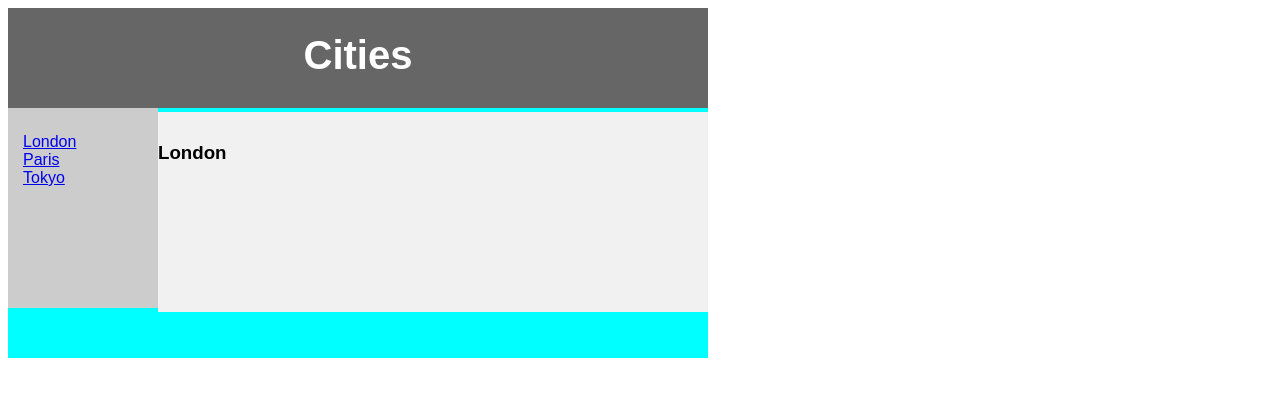
Repository: LongNguyen2504/T3H-FrondEnd
Page: Lesson3_CSS_HomeWork1.html
These files come from the project's save history. The page is drawn as it stood at one moment and after the next save; the edit follows.
The browser window is 1280 px wide. The pictures show the whole page.

Above is the page before, as saved 2021-12-01 18:06:16.

### Lesson3_CSS_HomeWork1.html
<!DOCTYPE html>
<html lang="en">
<head>
    <meta charset="UTF-8">
    <meta http-equiv="X-UA-Compatible" content="IE=edge">
    <meta name="viewport" content="width=device-width, initial-scale=1.0">
    <title>Document</title>
    <link rel="stylesheet" href="Lesson3_CSS_HomeWork1.css">
</head>
<body>
    <div class="ancestor-div" >
        <div class="city-div"  >
            <div class="div-text-city">Cities</div>
        </div>
        <div class="left-column">
            <div3 class="list">
                <li class="first-list"><a href="#1">London</a></li>
                <li class="first-list"><a href="#3">Paris</a></li>
                <li class="first-list"><a href="#2">Tokyo</a></li>
            </div3>
        </div>
        <div class="right-column">
            <div class="paragraph">
                <h3 class="header-London">London</h3>


            </div>
        </div>
    </div>

</body>
</html>

### Lesson3_CSS_HomeWork1.css
div.ancestor-div{
    background-color: aqua;
    width: 700px; height: 350px;

    font-family: Arial, Helvetica, sans-serif;
}
div.city-div{
    background-color: #666666;

    /* height: 80px; */
    color: white;
    height: 100px;

}
div.div-text-city{
    text-align:  center;
    font-size: 40px;
    position: relative;
    top: 25px;
    font-weight: bold;
}
div.left-column{
    width: 150px;
    height: 200px;
    background-color: #cccccc;
    /* display: inline-block; */
}
li.first-list{
    position: relative;
    top: 25px;
    left: 15px;
    list-style-type: none;

}
div.right-column{
    /* display: inline-block; */
    /* margin-left: 25px ; */
    background-color: #f1f1f1 ;
    width: 550px;
    height: 200px;
    position: relative;
    left: 150px;
    bottom: 215px;
}
div.paragraph{
    position: relative;
    top: 30px;
}

After the next save:
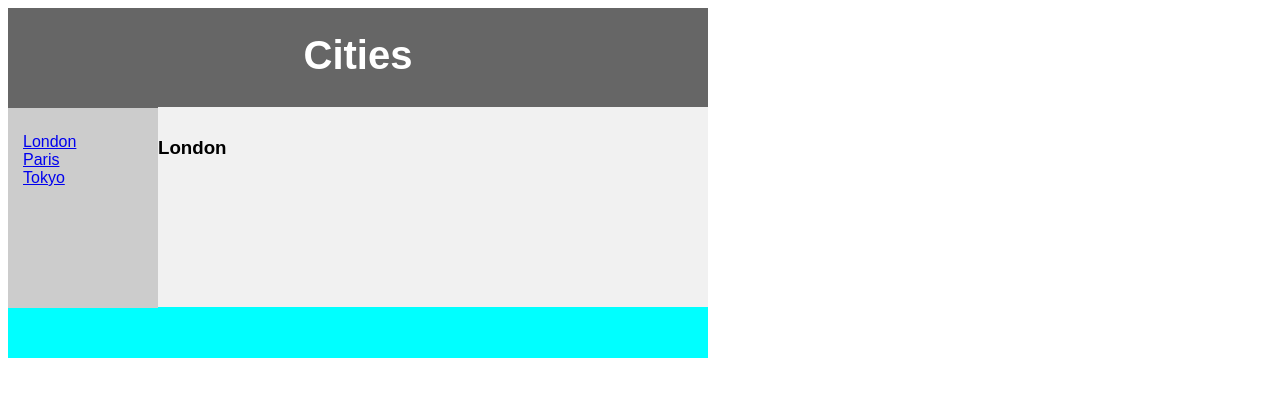
Saved 5 s later.
--- a/Lesson3_CSS_HomeWork1.css
+++ b/Lesson3_CSS_HomeWork1.css
@@ -40,7 +40,7 @@ div.right-column{
     height: 200px;
     position: relative;
     left: 150px;
-    bottom: 215px;
+    bottom: 220px;
 }
 div.paragraph{
     position: relative;
